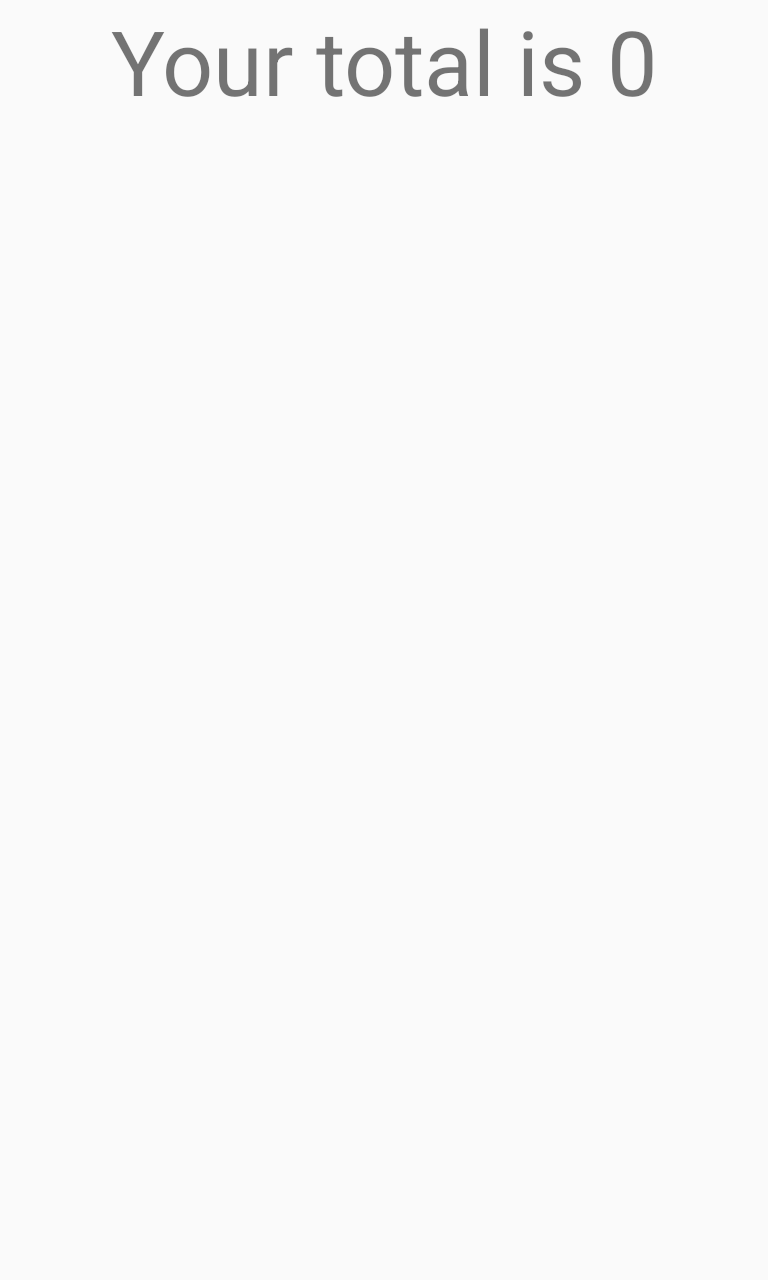
Repository: sumansourabh26/everyday_codes
Layout: android/TheNewBoston/res/layout/activity_starting_point.xml
These files come from the project's save history. The layout is drawn as it stood at one moment and after the next save; the edit follows.
It is drawn on a 768 x 1280 px phone screen (xhdpi) without system bars, with theme AppTheme; the app's code is not run.

Above is the layout before, as saved 2014-06-17 17:23:09.

### android/TheNewBoston/res/layout/activity_starting_point.xml
<LinearLayout xmlns:android="http://schemas.android.com/apk/res/android"
    xmlns:tools="http://schemas.android.com/tools"
    android:orientation="vertical"
    android:layout_width="fill_parent"
    android:layout_height="fill_parent"

    tools:context=".StartingPoint" >

    <TextView
        android:layout_width="fill_parent"
        android:layout_height="wrap_content"
        android:text="Your total is 0"
        android:textSize="45dp"
        android:layout_gravity="center"
        android:gravity="center"
        />

</LinearLayout>

Loaded but not shown: android/TheNewBoston/res/values/styles.xml (common file); android/TheNewBoston/res/values-v11/styles.xml (common file); android/TheNewBoston/res/values-v14/styles.xml (common file)

After the next save:
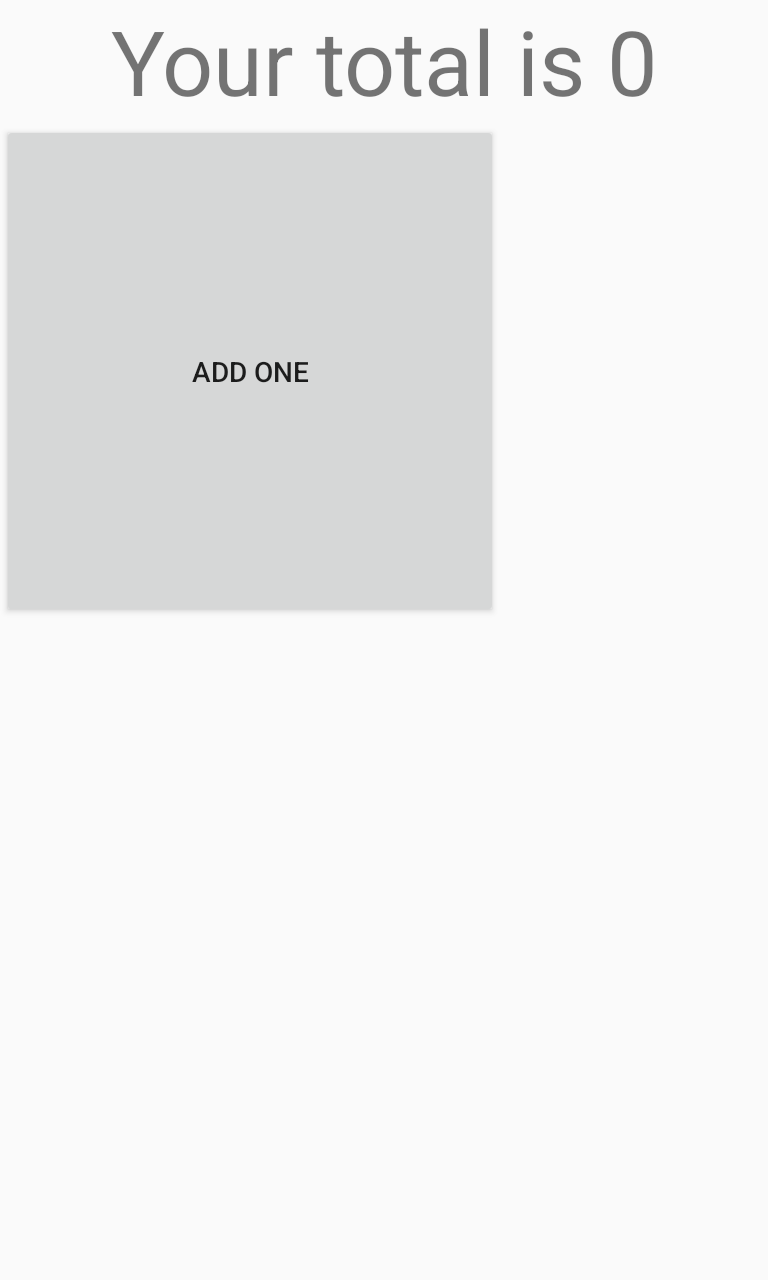
Saved 77 s later.
--- a/android/TheNewBoston/res/layout/activity_starting_point.xml
+++ b/android/TheNewBoston/res/layout/activity_starting_point.xml
@@ -14,5 +14,11 @@
         android:layout_gravity="center"
         android:gravity="center"
         />
+    <Button
+        android:layout_width="250dp"
+        android:layout_height="250dp"
+        android:text="Add One"
+
+        />
 
 </LinearLayout>
